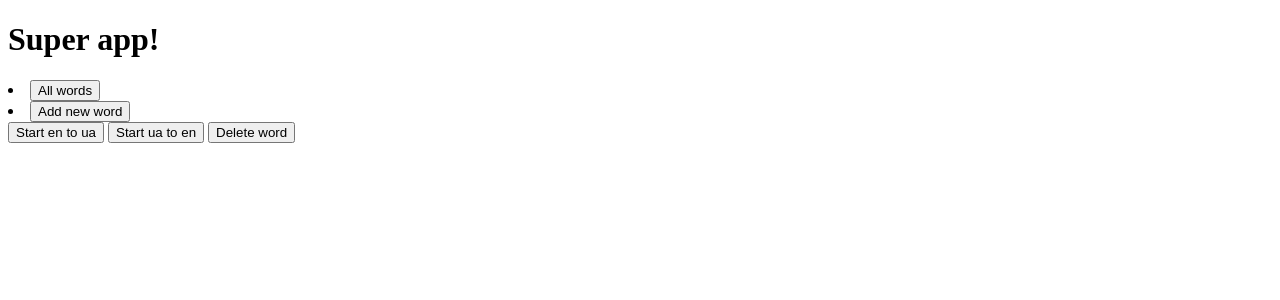
Repository: OleksandrDoskaliukKN313/IIC
Page: WebDictionary/WebContent/index.html
The author's editor kept a copy of each file at every save. The page is drawn from the files as they stood at one save, then again after the next save.
The browser window is 1280 px wide. The pictures show the whole page.

Above is the page before, as saved 2020-10-11 10:08:19.

### WebDictionary/WebContent/index.html
<!DOCTYPE html>
<html>
<head>
<meta charset="UTF-8">
<title>Insert title here</title>
</head>
<body>
<div>
        <h1>Super app!</h1>
    </div>
    <div>       <!-- content -->
        <div>    <!-- buttons holder -->
            <li><button onclick="location.href='allWords'">All words</button></li>
            <li><button onclick="location.href='addWord'">Add new word</button></li>
            <button onclick="location.href='en_ua'">Start en to ua</button>
            <button onclick="location.href='ua_en'">Start ua to en</button>
            <button onclick="location.href='deleteWord'">Delete word</button>
        </div>
    </div>
</body>
</html>

After the next save:
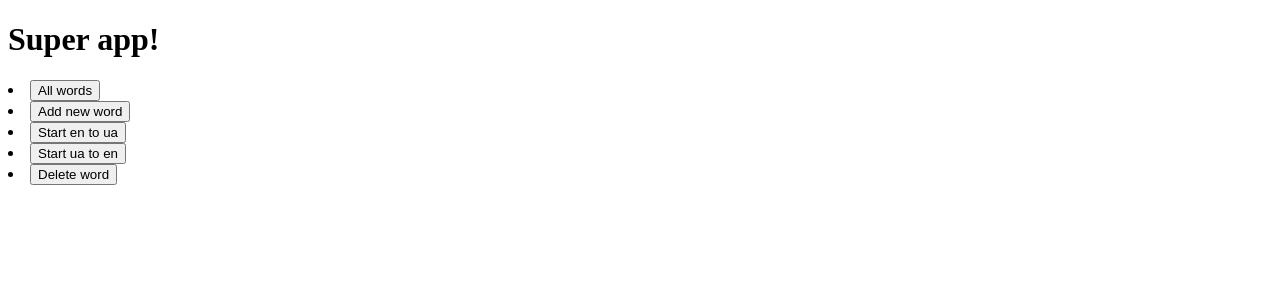
Saved 37 s later.
--- a/WebDictionary/WebContent/index.html
+++ b/WebDictionary/WebContent/index.html
@@ -12,9 +12,9 @@
         <div>    <!-- buttons holder -->
             <li><button onclick="location.href='allWords'">All words</button></li>
             <li><button onclick="location.href='addWord'">Add new word</button></li>
-            <button onclick="location.href='en_ua'">Start en to ua</button>
-            <button onclick="location.href='ua_en'">Start ua to en</button>
-            <button onclick="location.href='deleteWord'">Delete word</button>
+            <li><button onclick="location.href='en_ua'">Start en to ua</button></li>
+            <li><button onclick="location.href='ua_en'">Start ua to en</button></li>
+            <li><button onclick="location.href='deleteWord'">Delete word</button>
         </div>
     </div>
 </body>
